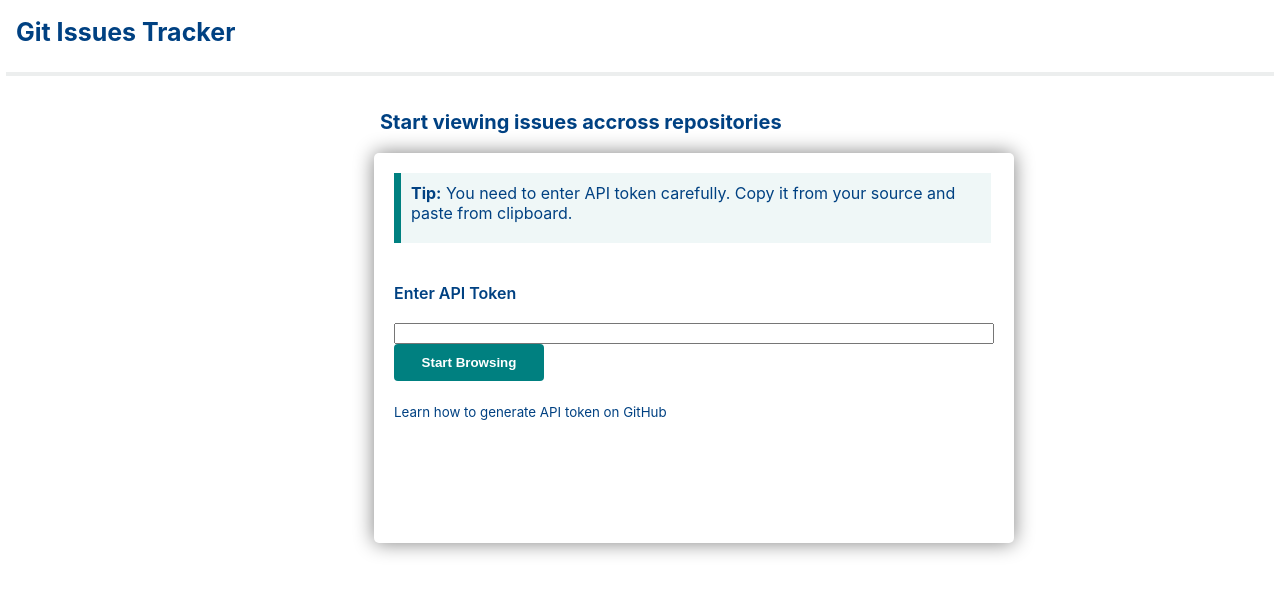
Repository: duzzisantos/github-repos-react-graphql
Page: /
An editor plug-in stored every save of this project. The page is shown before and after the next save, followed by the edit.
The browser window is 1280 px wide. The pictures show the whole page.
The project was rebuilt for these pictures with package versions that can differ from the ones it lists, and the page was loaded fresh each time. Also part of the build but not shown: src/components/table/tables.scss, src/components/table/Filters.tsx, src/components/table/Pagination.tsx, src/components/table/TableComponent.tsx, src/components/table/columnHelpers.ts, src/utilities/funtions.ts, src/pages/Repositories.tsx, src/pages/ViewRepository.tsx.

Above is the page before, as saved 2024-06-17 20:37:26.

After the next save:
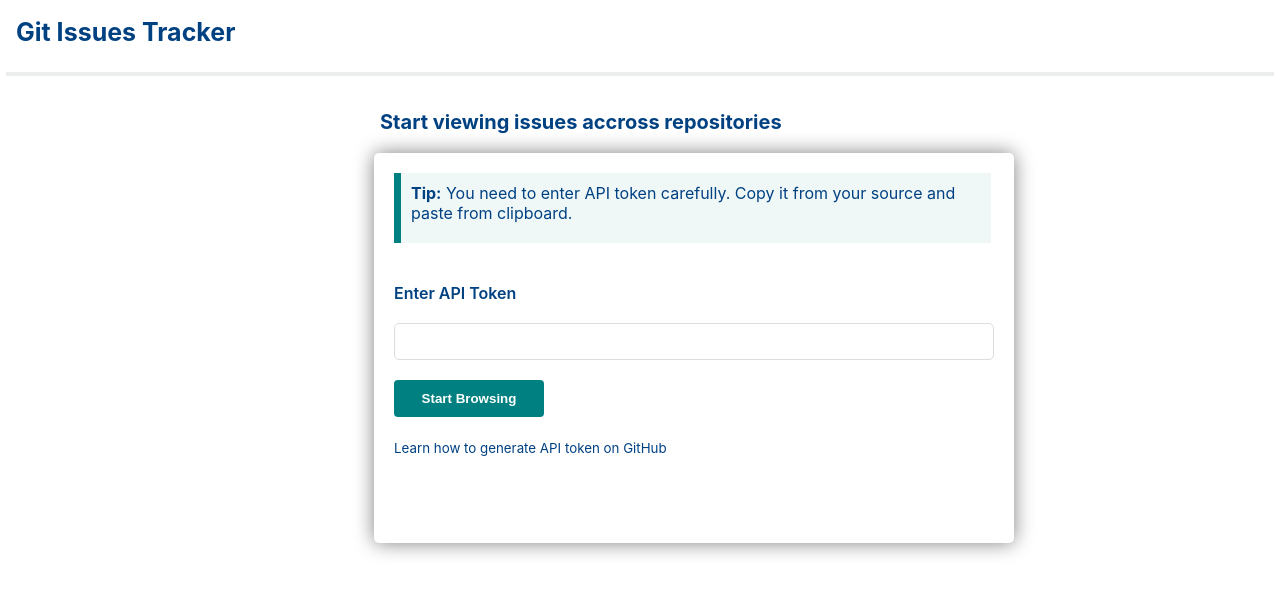
Saved 92 s later.
--- a/src/App.scss
+++ b/src/App.scss
@@ -76,7 +76,7 @@ label {
   font-weight: $fw-600;
 }
 
-.apiToken {
+#apiToken {
   @extend label;
   padding: 10px;
   border: $input-border;
